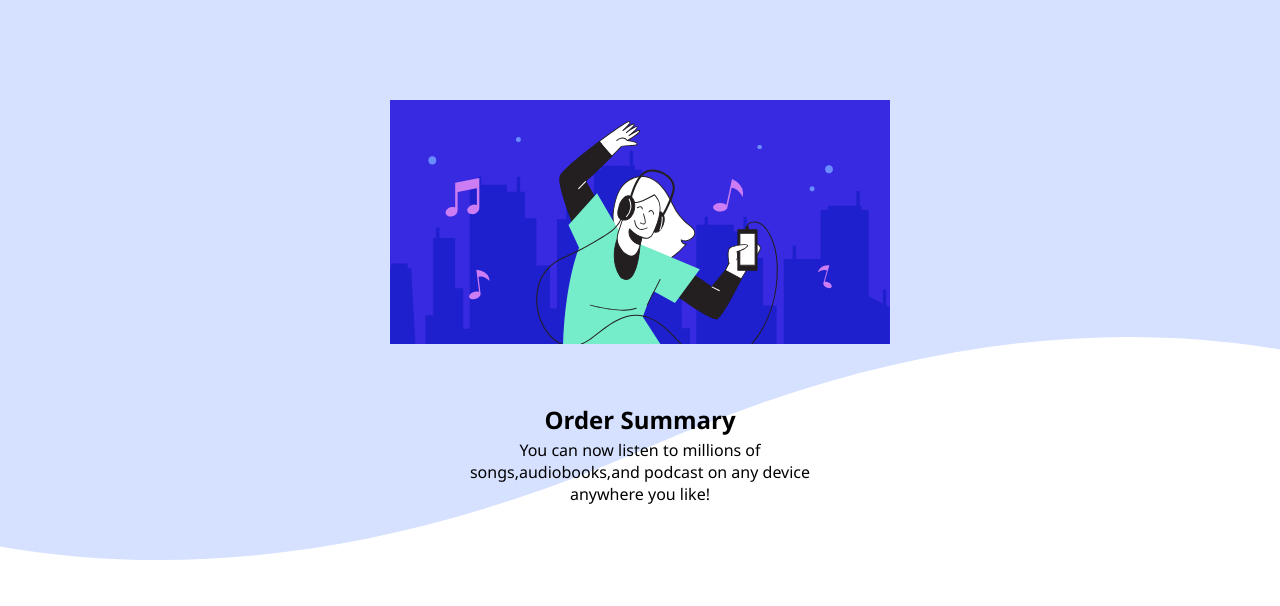
Repository: Eugene44-hub/newbie-project
Page: index.html
The author's editor kept a copy of each file at every save. The page is drawn from the files as they stood at one save, then again after the next save.
The browser window is 1280 px wide. The pictures show the whole page.

Above is the page before, as saved 2021-08-29 02:33:51.

After the next save:
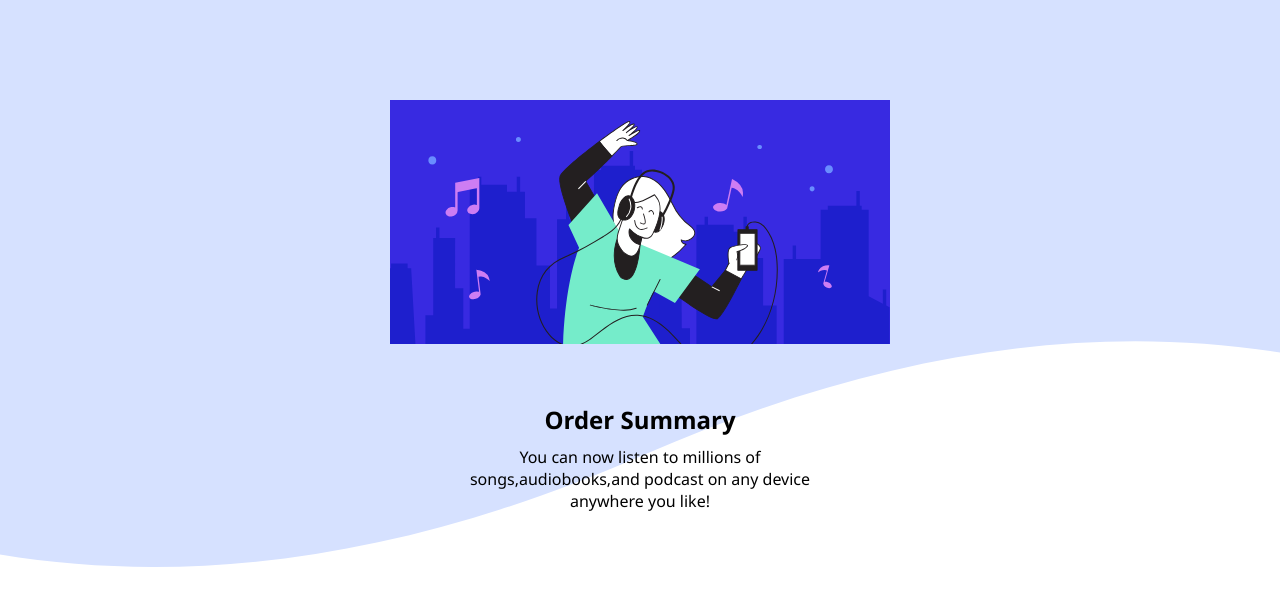
Saved 9 s later.
--- a/style.css
+++ b/style.css
@@ -40,5 +40,5 @@ p {
 }
 
 h2 {
-    margin-bottom: 3px;
+    margin-bottom: 10px;
 }
